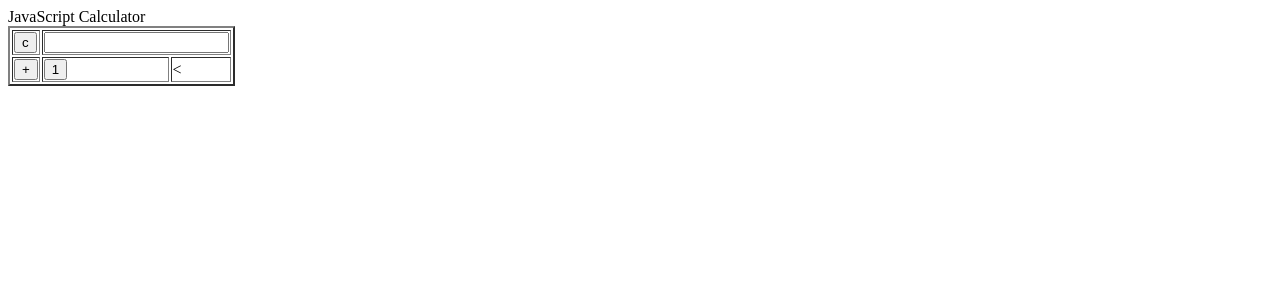
Repository: spidero7/Simple-Calculator
Page: index.html
An editor plug-in stored every save of this project. The page is shown before and after the next save, followed by the edit.
The browser window is 1280 px wide. The pictures show the whole page.

Above is the page before, as saved 2021-09-15 06:52:03.

### index.html
<!DOCTYPE html>
<html lang="en">
<head>
    <meta charset="UTF-8">
    <meta http-equiv="X-UA-Compatible" content="IE=edge">
    <meta name="viewport" content="width=device-width, initial-scale=1.0">
    <title>Calculator</title>
    <link rel="stylesheet" href="style.css">
</head>
<body>
    <div class="title">JavaScript Calculator</div>
    <table border="2">
        <tr>
            <td><input type="button" value="c" onclick="clr()"/></td>
            <td colspan="3"><input type="text" id="textvalue"/></td>
        </tr>
        <tr>
            <td><input type="button" value="+" onclick="display('+')"/></td>
            <td><input type="button" value="1" onclick="display('1')"/></td>
            <td><</td>
        </tr>
    </table>
    <script src="app.js"></script>
</body>
</html>

Loaded but not shown: app.js (no copy from this time; the picture is the same without it); style.css (no copy from this time; the picture is the same without it)

After the next save:
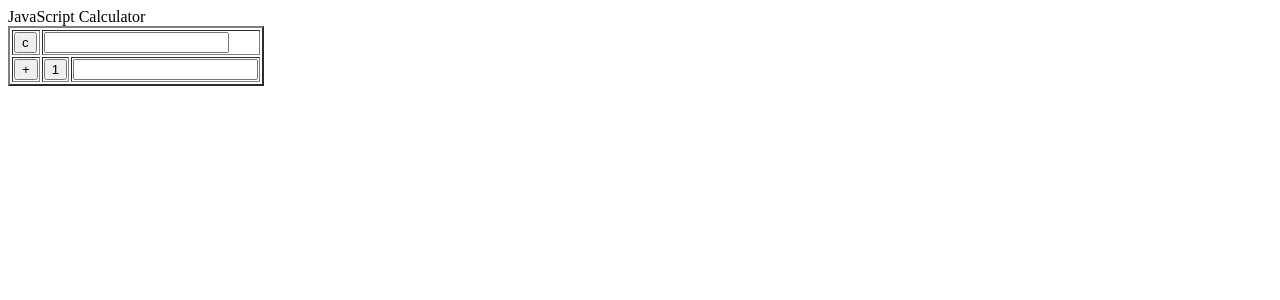
Saved 4 s later.
--- a/index.html
+++ b/index.html
@@ -17,7 +17,7 @@
         <tr>
             <td><input type="button" value="+" onclick="display('+')"/></td>
             <td><input type="button" value="1" onclick="display('1')"/></td>
-            <td><</td>
+            <td><input type</td>
         </tr>
     </table>
     <script src="app.js"></script>
